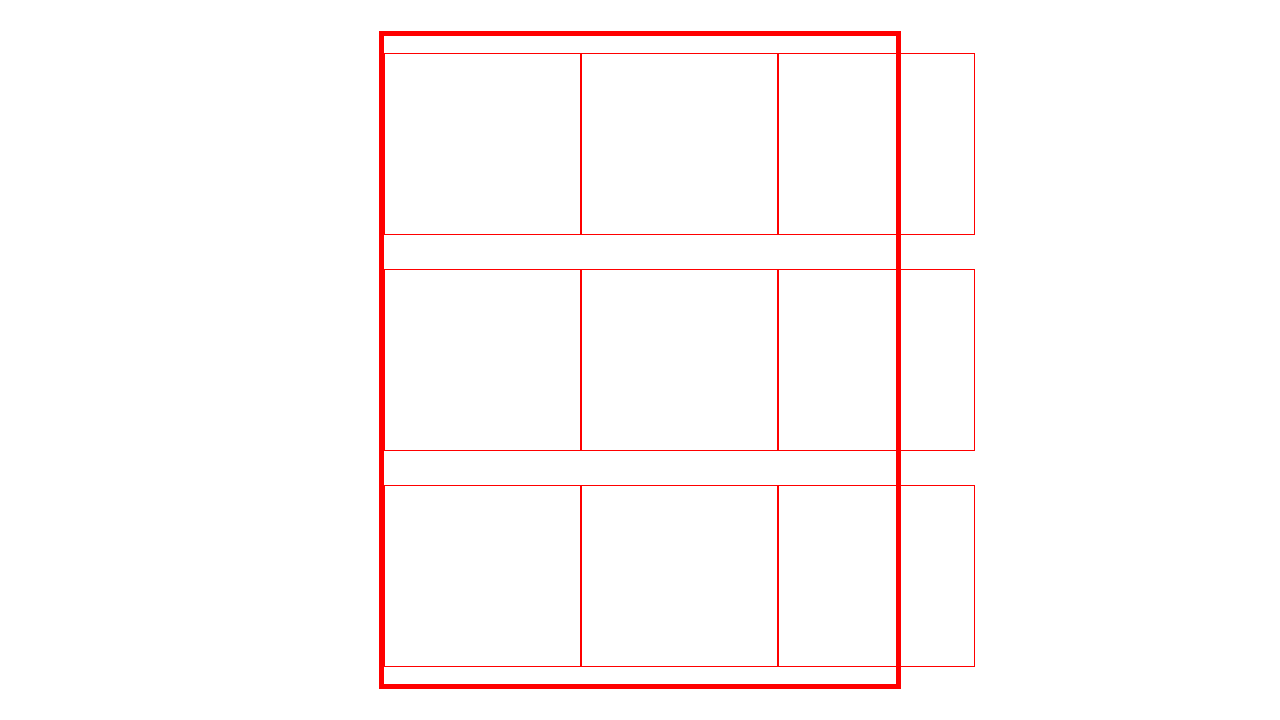
Repository: kocokoy/TOP-tic-tac-toe
Page: index.html
An editor plug-in stored every save of this project. The page is shown before and after the next save, followed by the edit.
The browser window is 1280 px wide. The pictures show the whole page.

Above is the page before, as saved 2024-11-07 14:48:46.

After the next save:
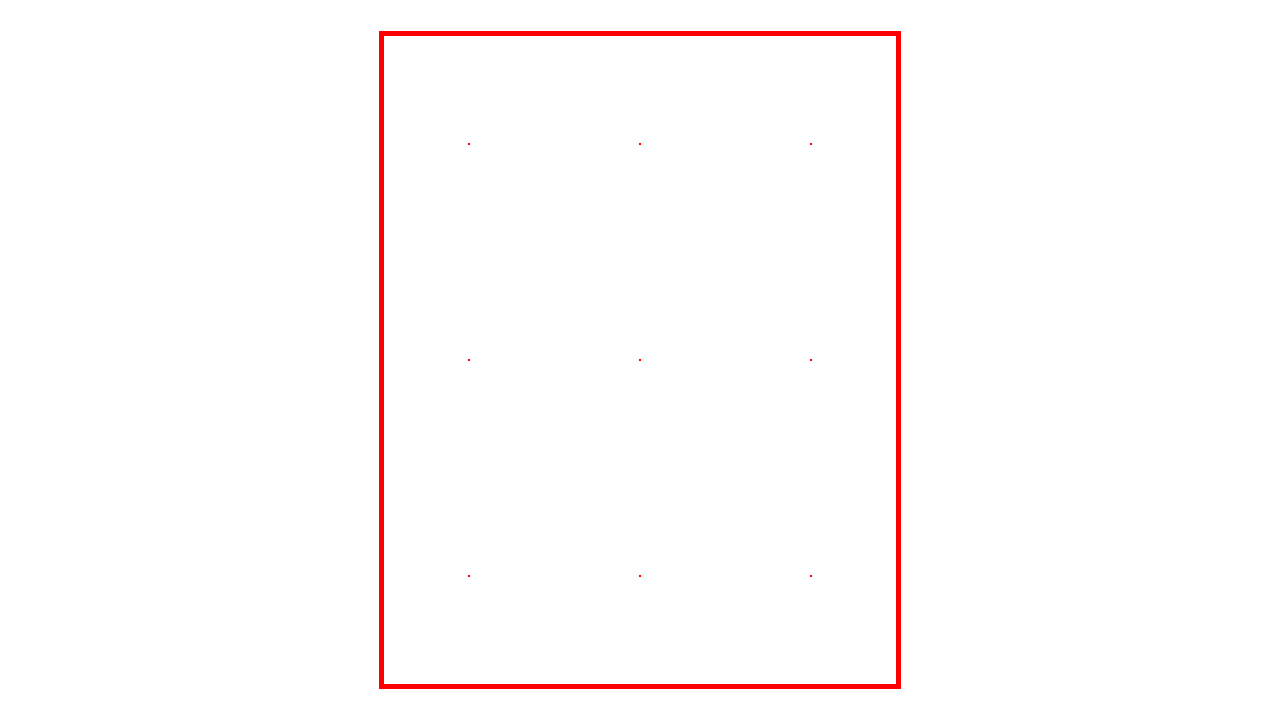
Saved 8 s later.
--- a/styles/style.css
+++ b/styles/style.css
@@ -21,8 +21,8 @@
 }
 .gameboard div{
   border: 1px solid red;
-  height:180px;
-  width: 195px;
+  /* height:180px;
+  width: 195px; */
   cursor: pointer;
   color: tomato;
   display: flex;

After the save that followed:
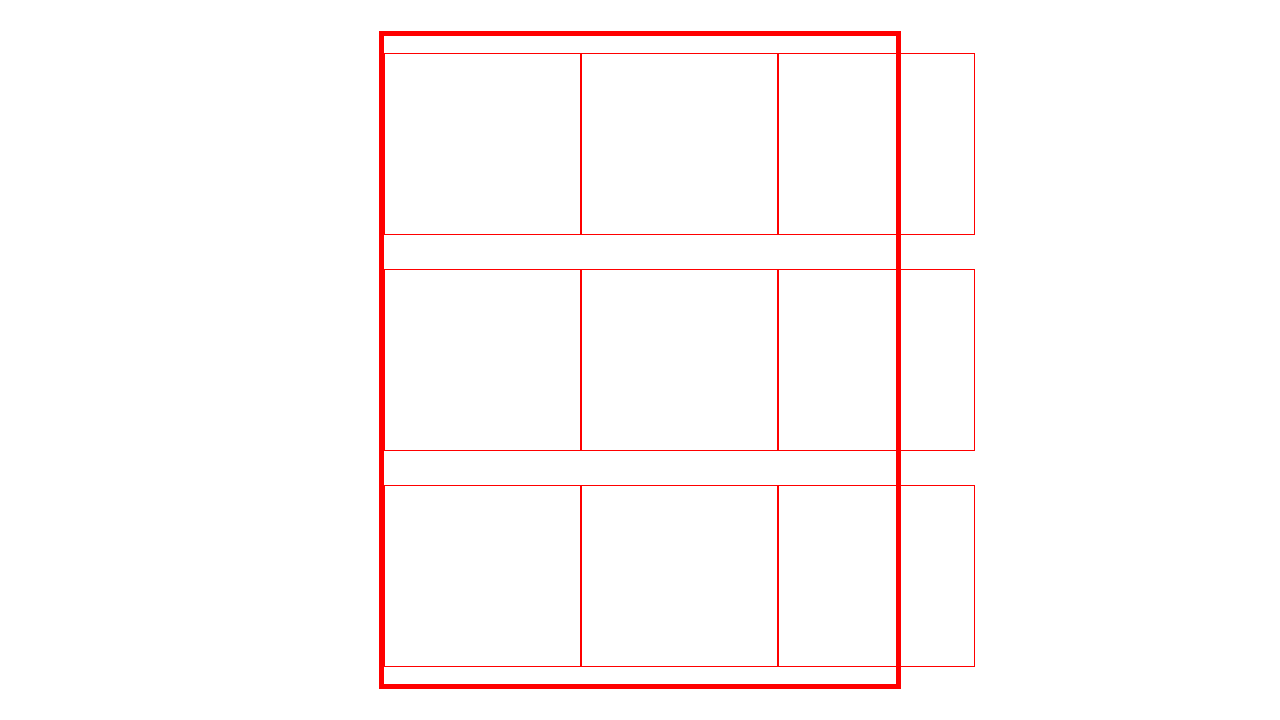
Saved 6 s later.
--- a/styles/style.css
+++ b/styles/style.css
@@ -21,8 +21,8 @@
 }
 .gameboard div{
   border: 1px solid red;
-  /* height:180px;
-  width: 195px; */
+  height:180px;
+  width: 195px;
   cursor: pointer;
   color: tomato;
   display: flex;
